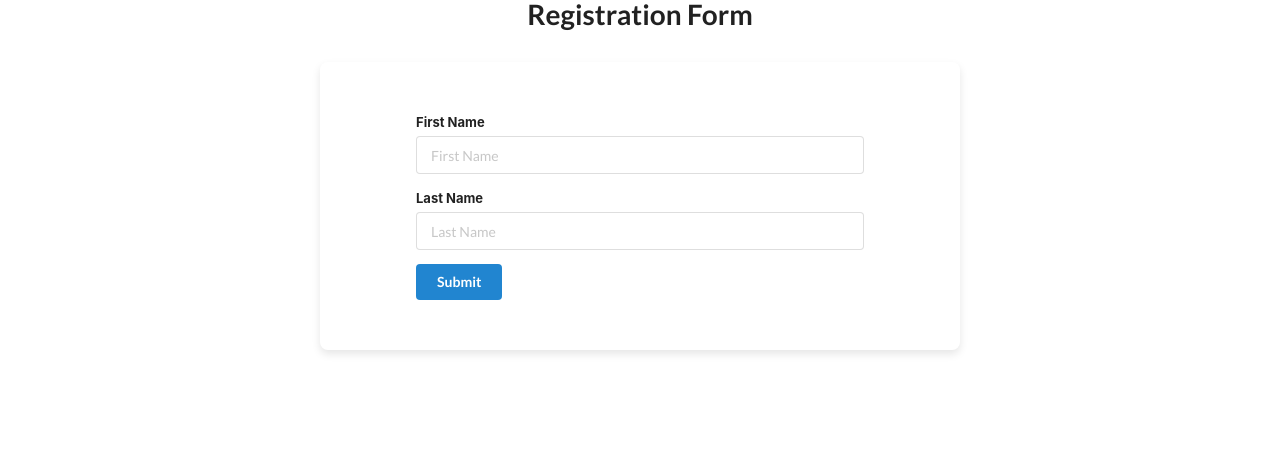
Repository: Wahid137/registration-form
Page: /
The author's editor kept a copy of each file at every save. The page is drawn from the files as they stood at one save, then again after a run of saves.
The browser window is 1280 px wide. The pictures show the whole page.
The project was rebuilt for these pictures with package versions that can differ from the ones it lists, and the page was loaded fresh each time. Also part of the build but not shown: src/App.css.

Above is the page before, as saved 2024-05-01 11:57:31.

After the next 2 saves:
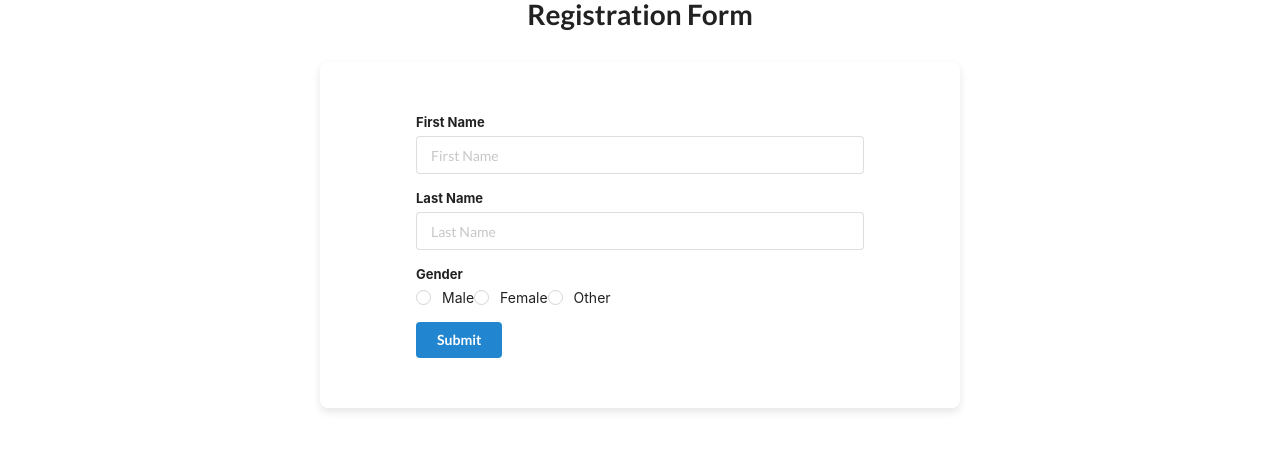
The 2 saves are shown as one change because 1 did not build or start.
The last was saved 55 s later.
--- a/src/components/Register.js
+++ b/src/components/Register.js
@@ -1,10 +1,13 @@
 import Joi from "joi";
-import React, { useState } from "react"; // Import useState
+import React, { useState } from "react";
 import { useForm } from "react-hook-form";
-import { Button, Container, Form, FormField } from "semantic-ui-react";
+import { Button, Container, Form, FormField, Radio } from "semantic-ui-react";
 
 const Register = () => {
-    const { register, handleSubmit, reset } = useForm();
+    // Initialize React Hook Form
+    const { register, handleSubmit, formState: { errors }, reset } = useForm();
+
+    // State to hold errors
     const [formErrors, setFormErrors] = useState({});
 
     // Joi schema for validation
@@ -23,20 +26,39 @@
             "string.max": "Last name cannot exceed {#limit} characters",
             "any.required": "Last name is required",
         }),
+        gender: Joi.string().required().messages({
+            "any.required": "Gender is required",
+        }),
     });
 
+    const genderOptions = [
+        { key: "male", text: "Male", value: "male" },
+        { key: "female", text: "Female", value: "female" },
+        { key: "other", text: "Other", value: "other" },
+    ];
+
     const onSubmit = (data) => {
+        // Validate using Joi schema
         const { error } = schema.validate(data, { abortEarly: false });
         if (error) {
             const errorMessage = {};
             error.details.forEach((detail) => {
                 errorMessage[detail.path[0]] = detail.message;
             });
-            setFormErrors(errorMessage);
-            return;
+            setFormErrors(errorMessage); // Set errors in component state
+            return; // Exit early if there are errors
         }
         console.log(data);
-        reset();
+        reset(); // Reset the form after successful submission
+        setFormErrors({}); // Clear all errors after successful submission
+    };
+
+    const handleGenderChange = () => {
+        // Reset the error state for gender
+        setFormErrors((prevState) => ({
+            ...prevState,
+            gender: undefined,
+        }));
     };
 
     return (
@@ -54,26 +76,52 @@
         >
             <Form style={{ width: "70%" }} onSubmit={handleSubmit(onSubmit)}>
                 <div style={{ marginBottom: "1rem" }}>
-                    <FormField>
+                    <FormField error={formErrors.firstName !== undefined}>
                         <label>First Name</label>
                         <input
                             placeholder="First Name"
                             {...register("firstName")}
+                            className={formErrors.firstName ? "error" : ""}
                         />
-                        {formErrors.firstName && ( // Display error if exists in formErrors
-                            <div style={{ color: "red" }}>{formErrors.firstName}</div>
+                        {formErrors.firstName && (
+                            <div className="ui pointing red basic label">
+                                {formErrors.firstName}
+                            </div>
                         )}
                     </FormField>
                 </div>
                 <div style={{ marginBottom: "1rem" }}>
-                    <FormField>
+                    <FormField error={formErrors.lastName !== undefined}>
                         <label>Last Name</label>
                         <input
                             placeholder="Last Name"
                             {...register("lastName")}
+                            className={formErrors.lastName ? "error" : ""}
                         />
-                        {formErrors.lastName && ( // Display error if exists in formErrors
-                            <div style={{ color: "red" }}>{formErrors.lastName}</div>
+                        {formErrors.lastName && (
+                            <div className="ui pointing red basic label">
+                                {formErrors.lastName}
+                            </div>
+                        )}
+                    </FormField>
+                </div>
+                <div style={{ marginBottom: "1rem" }}>
+                    <FormField error={formErrors.gender !== undefined}>
+                        <label>Gender</label>
+                        {genderOptions.map(option => (
+                            <Radio
+                                key={option.value}
+                                label={option.text}
+                                value={option.value}
+                                {...register("gender")}
+                                className={formErrors.gender ? "error" : ""}
+                                onChange={handleGenderChange}
+                            />
+                        ))}
+                        {formErrors.gender && (
+                            <div className="ui pointing red basic label">
+                                {formErrors.gender}
+                            </div>
                         )}
                     </FormField>
                 </div>

After the 3 saves that followed:
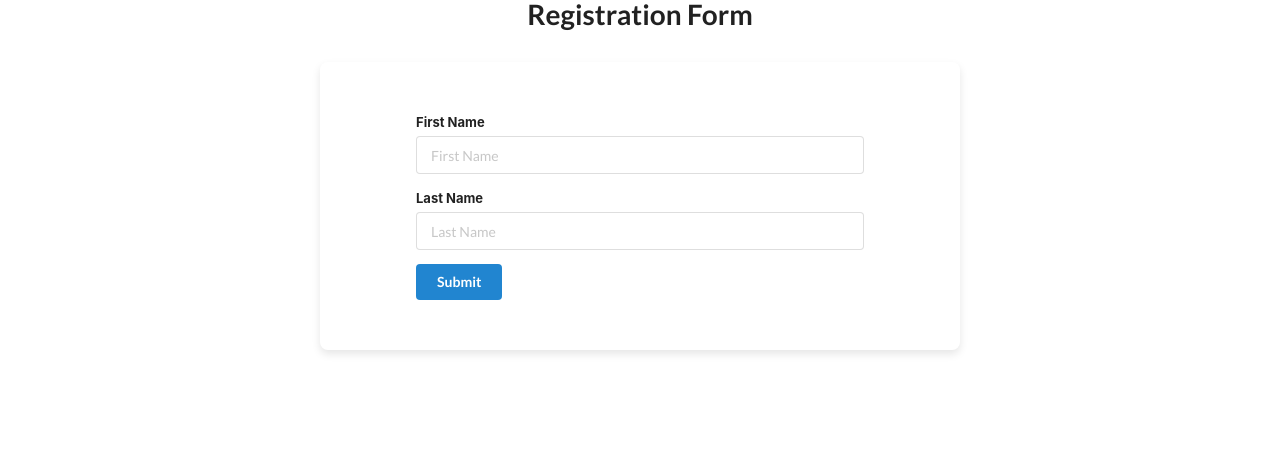
The 3 saves are shown as one change because 2 left the picture as it was.
The last was saved 30 s later.
--- a/src/components/Register.js
+++ b/src/components/Register.js
@@ -1,7 +1,7 @@
 import Joi from "joi";
 import React, { useState } from "react";
 import { useForm } from "react-hook-form";
-import { Button, Container, Form, FormField, Radio } from "semantic-ui-react";
+import { Button, Container, Form, FormField } from "semantic-ui-react";
 
 const Register = () => {
     // Initialize React Hook Form
@@ -26,16 +26,7 @@
             "string.max": "Last name cannot exceed {#limit} characters",
             "any.required": "Last name is required",
         }),
-        gender: Joi.string().required().messages({
-            "any.required": "Gender is required",
-        }),
     });
-
-    const genderOptions = [
-        { key: "male", text: "Male", value: "male" },
-        { key: "female", text: "Female", value: "female" },
-        { key: "other", text: "Other", value: "other" },
-    ];
 
     const onSubmit = (data) => {
         // Validate using Joi schema
@@ -50,15 +41,6 @@
         }
         console.log(data);
         reset(); // Reset the form after successful submission
-        setFormErrors({}); // Clear all errors after successful submission
-    };
-
-    const handleGenderChange = () => {
-        // Reset the error state for gender
-        setFormErrors((prevState) => ({
-            ...prevState,
-            gender: undefined,
-        }));
     };
 
     return (
@@ -105,26 +87,6 @@
                         )}
                     </FormField>
                 </div>
-                <div style={{ marginBottom: "1rem" }}>
-                    <FormField error={formErrors.gender !== undefined}>
-                        <label>Gender</label>
-                        {genderOptions.map(option => (
-                            <Radio
-                                key={option.value}
-                                label={option.text}
-                                value={option.value}
-                                {...register("gender")}
-                                className={formErrors.gender ? "error" : ""}
-                                onChange={handleGenderChange}
-                            />
-                        ))}
-                        {formErrors.gender && (
-                            <div className="ui pointing red basic label">
-                                {formErrors.gender}
-                            </div>
-                        )}
-                    </FormField>
-                </div>
                 <Button type="submit" color="blue">
                     Submit
                 </Button>
